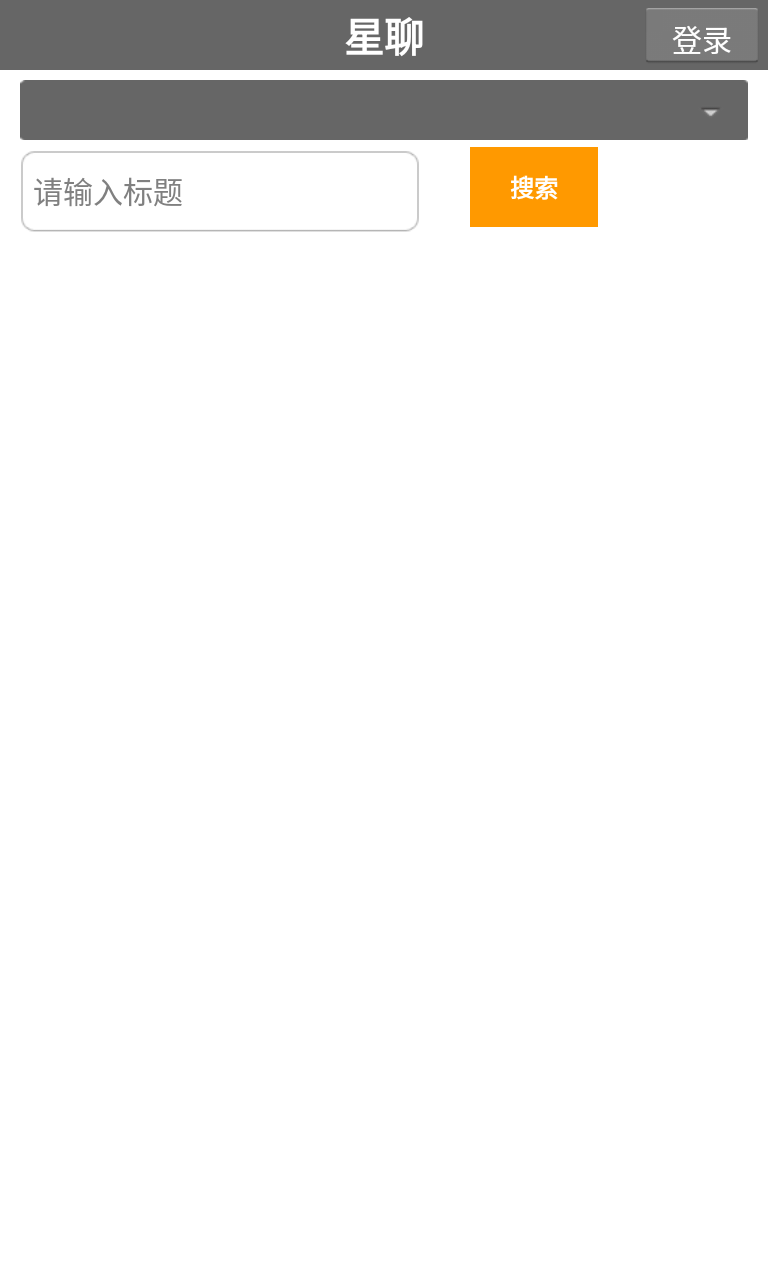
Repository: sxuu0018/undergraduate_project
Layout: Folder/Folder/Folder/重要的内容/2015124013_徐思加_星聊社交软件（android）的设计与实现/最后的备份/移动端/workspace-app/xingliao_app/res/layout/news2.xml
The author's editor kept a copy of each file at every save. The layout is drawn from the files as they stood at one save, then again after the next save.
It is drawn on a 768 x 1280 px phone screen (xhdpi) without system bars, with theme AppTheme; the app's code is not run. Lists and similar views that code fills are empty.

Above is the layout before, as saved 2019-04-28 15:29:45.

After the next save:
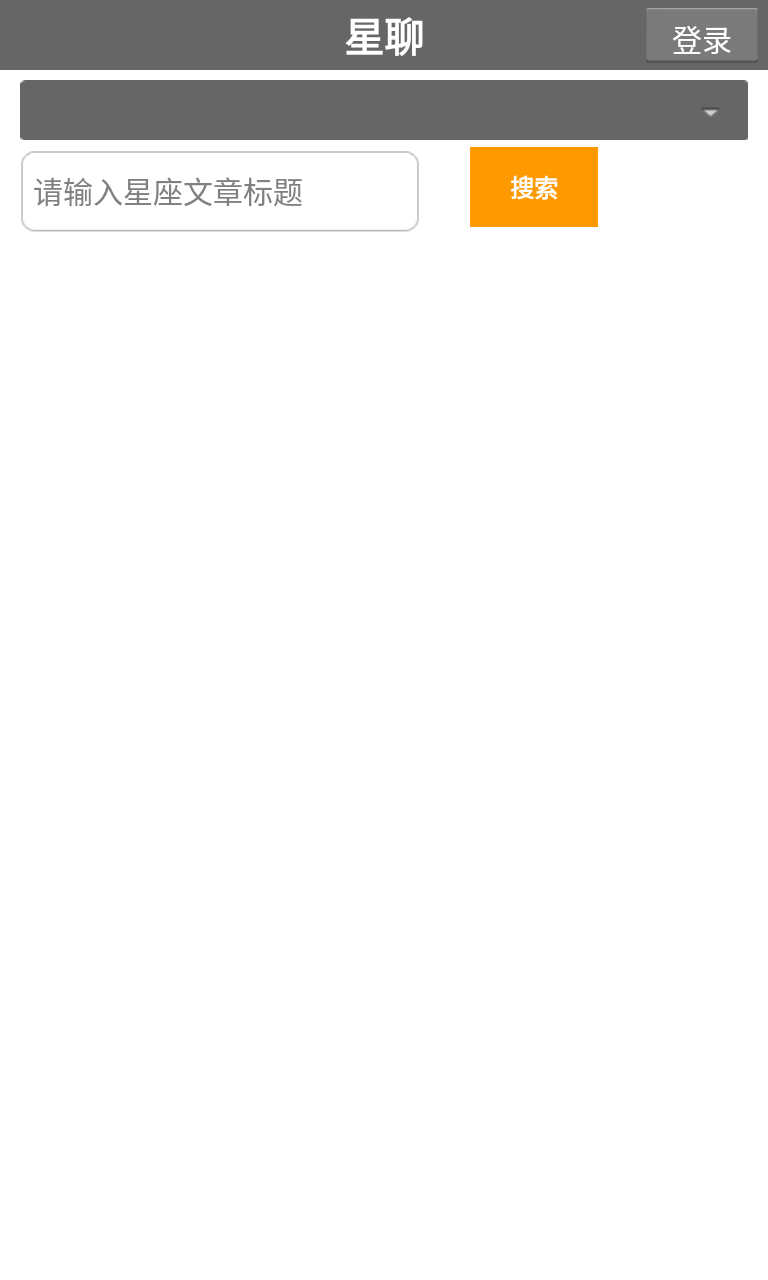
Saved 15 s later.
--- a/Folder/Folder/Folder/重要的内容/2015124013_徐思加_星聊社交软件（android）的设计与实现/最后的备份/移动端/workspace-app/xingliao_app/res/layout/news2.xml
+++ b/Folder/Folder/Folder/重要的内容/2015124013_徐思加_星聊社交软件（android）的设计与实现/最后的备份/移动端/workspace-app/xingliao_app/res/layout/news2.xml
@@ -65,7 +65,7 @@
 	    android:layout_marginRight="10dp"
 	    android:singleLine="true"
 	    android:background="@drawable/login_editbox"
-	    android:hint="请输入标题"/>
+	    android:hint="请输入星座文章标题"/>
 
 
 
